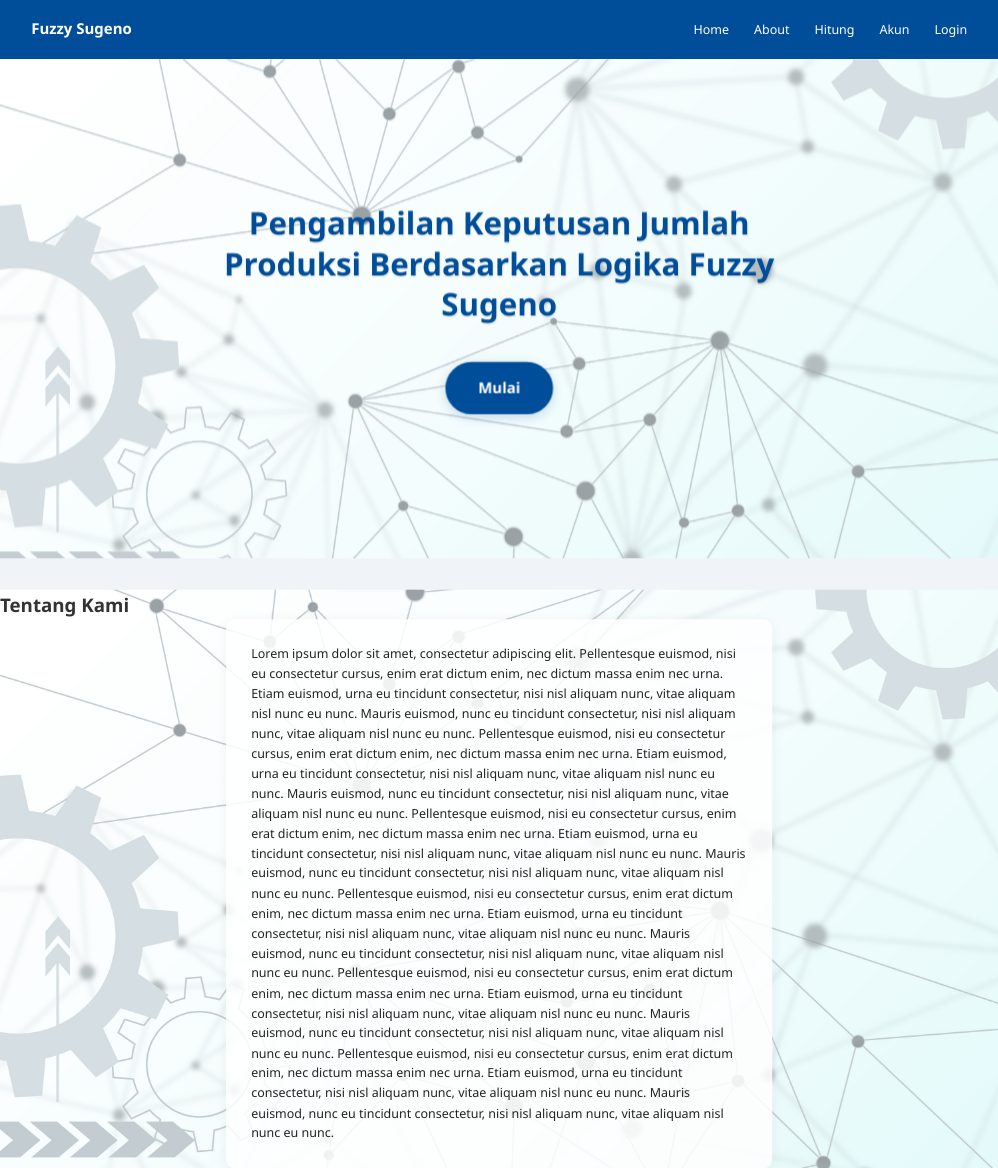
Repository: Senicccc/Defuzzy-Sugeno
Page: http://localhost/
The author's editor kept a copy of each file at every save. The page is drawn from the files as they stood at one save, then again after the next save.
The browser window is 1280 px wide. The pictures show the whole page, at 78% of full size.
The page is run by PHP 8.4 with error messages shown; the project is at /var/www/html/.

Above is the page before, as saved 2025-06-08 11:09:14.

### index.php
<!DOCTYPE html>
<html lang="id">

<head>
    <meta charset="UTF-8" />
    <meta name="viewport" content="width=device-width, initial-scale=1.0" />
    <title>Fuzzy Sugeno - Produksi</title>
    <link rel="icon" href="img/favicon.png" type="image/png">
    <link rel="stylesheet" href="css/index.css">
</head>

<body>

    <?php
    require_once 'php/header-index.php';
    ?>

    <section class="hero" style="background: url('img/menu-bg.jpg') center center/cover no-repeat;">
        <h1>Pengambilan Keputusan Jumlah Produksi Berdasarkan Logika Fuzzy Sugeno</h1>
        <a href="php/form.php" class="start-button">Mulai</a>
    </section>

    <section class="about"
        style="background: url('img/menu-bg.jpg') center center/cover no-repeat; min-height:unset; margin-top:40px;">
        <h1>Tentang Kami</h1>
        <div
            style="max-width: 700px; margin: 0 auto; background: rgba(255,255,255,0.85); border-radius: 12px; padding: 2rem; color: #222; box-shadow: 0 2px 16px rgba(0,0,0,0.06);">
            <p>
                Lorem ipsum dolor sit amet, consectetur adipiscing elit. Pellentesque euismod, nisi eu consectetur
                cursus, enim erat dictum enim, nec dictum massa enim nec urna. Etiam euismod, urna eu tincidunt
                consectetur, nisi nisl aliquam nunc, vitae aliquam nisl nunc eu nunc. Mauris euismod, nunc eu tincidunt
                consectetur, nisi nisl aliquam nunc, vitae aliquam nisl nunc eu nunc. Pellentesque euismod, nisi eu
                consectetur cursus, enim erat dictum enim, nec dictum massa enim nec urna. Etiam euismod, urna eu
                tincidunt consectetur, nisi nisl aliquam nunc, vitae aliquam nisl nunc eu nunc. Mauris euismod, nunc eu
                tincidunt consectetur, nisi nisl aliquam nunc, vitae aliquam nisl nunc eu nunc. Pellentesque euismod,
                nisi eu consectetur cursus, enim erat dictum enim, nec dictum massa enim nec urna. Etiam euismod, urna
                eu tincidunt consectetur, nisi nisl aliquam nunc, vitae aliquam nisl nunc eu nunc. Mauris euismod, nunc
                eu tincidunt consectetur, nisi nisl aliquam nunc, vitae aliquam nisl nunc eu nunc. Pellentesque euismod,
                nisi eu consectetur cursus, enim erat dictum enim, nec dictum massa enim nec urna. Etiam euismod, urna
                eu tincidunt consectetur, nisi nisl aliquam nunc, vitae aliquam nisl nunc eu nunc. Mauris euismod, nunc
                eu tincidunt consectetur, nisi nisl aliquam nunc, vitae aliquam nisl nunc eu nunc. Pellentesque euismod,
                nisi eu consectetur cursus, enim erat dictum enim, nec dictum massa enim nec urna. Etiam euismod, urna
                eu tincidunt consectetur, nisi nisl aliquam nunc, vitae aliquam nisl nunc eu nunc. Mauris euismod, nunc
                eu tincidunt consectetur, nisi nisl aliquam nunc, vitae aliquam nisl nunc eu nunc. Pellentesque euismod,
                nisi eu consectetur cursus, enim erat dictum enim, nec dictum massa enim nec urna. Etiam euismod, urna
                eu tincidunt consectetur, nisi nisl aliquam nunc, vitae aliquam nisl nunc eu nunc. Mauris euismod, nunc
                eu tincidunt consectetur, nisi nisl aliquam nunc, vitae aliquam nisl nunc eu nunc.
            </p>
        </div>
    </section>

</body>

</html>

### php/header-index.php
<!DOCTYPE html>
<html lang="id">

<head>
    <meta charset="UTF-8" />
    <meta name="viewport" content="width=device-width, initial-scale=1.0" />
    <title>Fuzzy Sugeno - Produksi</title>
    <link rel="stylesheet" href="https://cdnjs.cloudflare.com/ajax/libs/font-awesome/6.0.0/css/all.min.css">

    <style>
    * {
        margin: 0;
        padding: 0;
        box-sizing: border-box;
        font-family: 'Segoe UI', Tahoma, Geneva, Verdana, sans-serif;
    }

    body {
        background: #f0f4f8;
        color: #333;
    }

    nav {
        background-color: #004d99;
        position: sticky;
        top: 0;
        z-index: 1000;
        padding: 1.4rem 2.4rem;
    }

    .nav-container {
        display: flex;
        justify-content: space-between;
        align-items: center;
        max-width: 1200px;
        margin: 0 auto;
        flex-wrap: wrap;
    }

    .logo {
        color: white;
        font-weight: 800;
        font-size: larger;
    }

    .nav-links {
        display: flex;
        gap: 2rem;
    }

    .nav-links a {
        text-decoration: none;
        color: white;
        font-weight: 500;
        font-size: 1rem;
        transition: color 0.3s;
    }

    .nav-links a:hover {
        color: #ffcc00;
    }

    .burger {
        display: none;
        font-size: 1.5rem;
        color: white;
        cursor: pointer;
        padding: 0.5rem;
    }

    @media (max-width: 768px) {
        .nav-links {
            display: none;
            flex-direction: column;
            background-color: #004d99;
            width: 100%;
            text-align: center;
            margin-top: 1rem;
            padding-bottom: 1rem;
            gap: 1rem;
            order: 1;
        }

        .nav-links.active {
            display: flex;
        }

        .burger {
            display: block;
            margin-left: auto;
            /* Memposisikan burger di kanan */
        }

        nav {
            padding: 0.75rem 1.5rem;
        }
    }
    </style>
</head>

<body>

    <nav>
        <div class="nav-container">
            <div class="logo">Fuzzy Sugeno</div>
            <div class="burger" id="burger"><i class="fas fa-bars"></i></div>
            <div class="nav-links" id="navLinks">
                <a href="index.php">Home</a>
                <a href="index.php#about">About</a>
                <a href="php/form.php">Hitung</a>
                <a href="php/account.php">Akun</a>
                <?php if (isset($_SESSION['user_id'])): ?>
                <a href="php/logout.php">Logout</a>
                <?php else: ?>
                <a href="php/login.php">Login</a>
                <?php endif; ?>
            </div>
        </div>
    </nav>

    <script>
    const burger = document.getElementById('burger');
    const navLinks = document.getElementById('navLinks');

    burger.addEventListener('click', () => {
        navLinks.classList.toggle('active');
    });
    </script>

</body>

</html>

### css/index.css

* {
    margin: 0;
    padding: 0;
    box-sizing: border-box;
    font-family: 'Segoe UI', Tahoma, Geneva, Verdana, sans-serif;
}

body {
    background: linear-gradient(135deg, #f0f4f8 0%, #dfe7ee 100%);
    color: #333;
    min-height: 100vh;
    line-height: 1.6;
}

/* Hero Section */
.hero {
    display: flex;
    flex-direction: column;
    justify-content: center;
    align-items: center;
    text-align: center;
    min-height: calc(100vh - 80px);
    padding: 2rem;
    background-image:
        radial-gradient(circle at 10% 20%, rgba(0, 77, 153, 0.05) 0%, transparent 20%),
        radial-gradient(circle at 90% 80%, rgba(0, 77, 153, 0.05) 0%, transparent 20%);
}

.hero h1 {
    font-size: 2.5rem;
    font-weight: 700;
    color: #004d99;
    margin-bottom: 2rem;
    max-width: 800px;
    line-height: 1.3;
    text-shadow: 1px 1px 2px rgba(0,0,0,0.1);
}

.start-button {
    display: inline-block;
    background-color: #004d99;
    color: white;
    padding: 1rem 2.5rem;
    border-radius: 50px;
    text-decoration: none;
    font-weight: 600;
    font-size: 1.2rem;
    transition: all 0.3s ease;
    box-shadow: 0 4px 15px rgba(0, 77, 153, 0.2);
    border: 2px solid #004d99;
    margin-top: 1rem;
}

.start-button:hover {
    background-color: #ffcc00;
    color: #004d99;
    transform: translateY(-3px);
    box-shadow: 0 6px 20px rgba(0, 77, 153, 0.3);
}

.start-button:active {
    transform: translateY(1px);
}

/* Responsive Design */
@media (max-width: 768px) {
    .hero {
        padding: 1.5rem;
        min-height: calc(100vh - 60px);
    }

    .hero h1 {
        font-size: 1.8rem;
        margin-bottom: 1.5rem;
    }

    .start-button {
        padding: 0.8rem 2rem;
        font-size: 1rem;
    }
}

@media (max-width: 480px) {
    .hero h1 {
        font-size: 1.5rem;
    }

    .start-button {
        padding: 0.7rem 1.8rem;
    }
}

/* Animasi */
@keyframes fadeIn {
    from { opacity: 0; transform: translateY(20px); }
    to { opacity: 1; transform: translateY(0); }
}

.hero {
    animation: fadeIn 0.8s ease-out forwards;
}

.start-button {
    animation: fadeIn 1s ease-out 0.3s both;
}

After the next save:
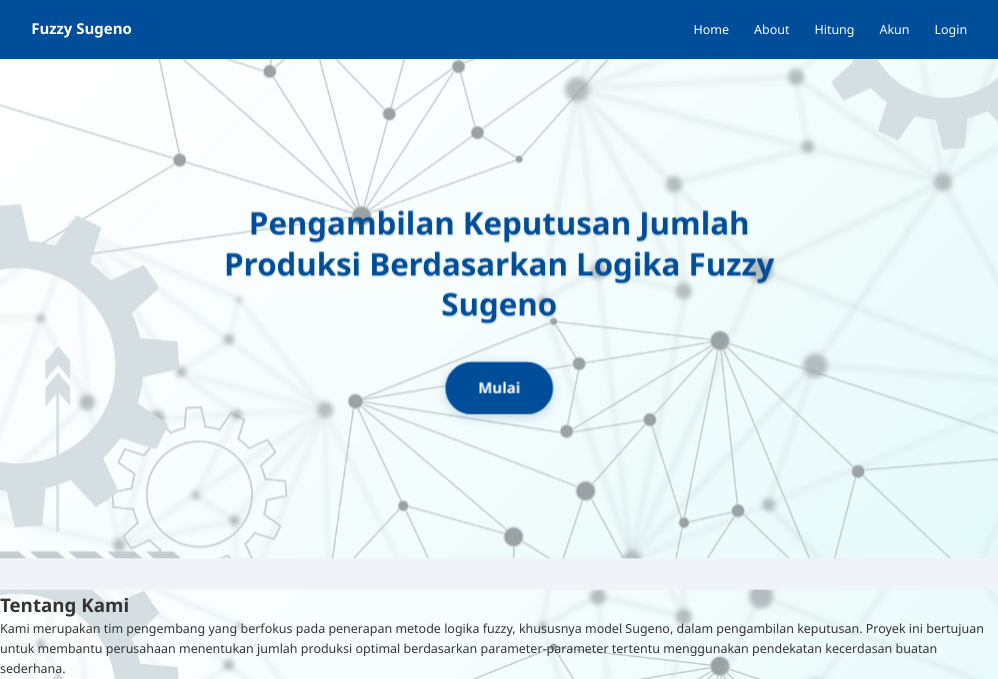
Saved 91 s later.
--- a/index.php
+++ b/index.php
@@ -20,31 +20,13 @@
         <a href="php/form.php" class="start-button">Mulai</a>
     </section>
 
-    <section class="about"
-        style="background: url('img/menu-bg.jpg') center center/cover no-repeat; min-height:unset; margin-top:40px;">
+    <section class="about" style="background: url('img/menu-bg.jpg') center center/cover no-repeat; margin-top: 40px;">
         <h1>Tentang Kami</h1>
-        <div
-            style="max-width: 700px; margin: 0 auto; background: rgba(255,255,255,0.85); border-radius: 12px; padding: 2rem; color: #222; box-shadow: 0 2px 16px rgba(0,0,0,0.06);">
+        <div class="about-content">
             <p>
-                Lorem ipsum dolor sit amet, consectetur adipiscing elit. Pellentesque euismod, nisi eu consectetur
-                cursus, enim erat dictum enim, nec dictum massa enim nec urna. Etiam euismod, urna eu tincidunt
-                consectetur, nisi nisl aliquam nunc, vitae aliquam nisl nunc eu nunc. Mauris euismod, nunc eu tincidunt
-                consectetur, nisi nisl aliquam nunc, vitae aliquam nisl nunc eu nunc. Pellentesque euismod, nisi eu
-                consectetur cursus, enim erat dictum enim, nec dictum massa enim nec urna. Etiam euismod, urna eu
-                tincidunt consectetur, nisi nisl aliquam nunc, vitae aliquam nisl nunc eu nunc. Mauris euismod, nunc eu
-                tincidunt consectetur, nisi nisl aliquam nunc, vitae aliquam nisl nunc eu nunc. Pellentesque euismod,
-                nisi eu consectetur cursus, enim erat dictum enim, nec dictum massa enim nec urna. Etiam euismod, urna
-                eu tincidunt consectetur, nisi nisl aliquam nunc, vitae aliquam nisl nunc eu nunc. Mauris euismod, nunc
-                eu tincidunt consectetur, nisi nisl aliquam nunc, vitae aliquam nisl nunc eu nunc. Pellentesque euismod,
-                nisi eu consectetur cursus, enim erat dictum enim, nec dictum massa enim nec urna. Etiam euismod, urna
-                eu tincidunt consectetur, nisi nisl aliquam nunc, vitae aliquam nisl nunc eu nunc. Mauris euismod, nunc
-                eu tincidunt consectetur, nisi nisl aliquam nunc, vitae aliquam nisl nunc eu nunc. Pellentesque euismod,
-                nisi eu consectetur cursus, enim erat dictum enim, nec dictum massa enim nec urna. Etiam euismod, urna
-                eu tincidunt consectetur, nisi nisl aliquam nunc, vitae aliquam nisl nunc eu nunc. Mauris euismod, nunc
-                eu tincidunt consectetur, nisi nisl aliquam nunc, vitae aliquam nisl nunc eu nunc. Pellentesque euismod,
-                nisi eu consectetur cursus, enim erat dictum enim, nec dictum massa enim nec urna. Etiam euismod, urna
-                eu tincidunt consectetur, nisi nisl aliquam nunc, vitae aliquam nisl nunc eu nunc. Mauris euismod, nunc
-                eu tincidunt consectetur, nisi nisl aliquam nunc, vitae aliquam nisl nunc eu nunc.
+                Kami merupakan tim pengembang yang berfokus pada penerapan metode logika fuzzy, khususnya model Sugeno,
+                dalam pengambilan keputusan. Proyek ini bertujuan untuk membantu perusahaan menentukan jumlah produksi
+                optimal berdasarkan parameter-parameter tertentu menggunakan pendekatan kecerdasan buatan sederhana.
             </p>
         </div>
     </section>
